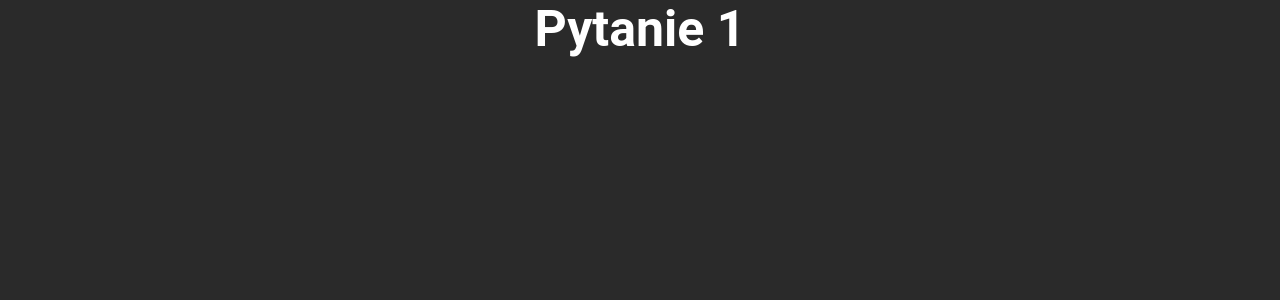
Repository: BaczkiewiczDawid/weatherApp
Page: index.html
These files come from the project's save history. The page is drawn as it stood at one moment and after the next save; the edit follows.
The browser window is 1280 px wide. The pictures show the whole page.

Above is the page before, as saved 2020-02-22 18:28:39.

### index.html
<!DOCTYPE html>
<head>
    <link rel="stylesheet" href="style.css">
    <link href="https://fonts.googleapis.com/css?family=Montserrat:300,400,500,700,900&display=swap" rel="stylesheet">
    <meta name="viewport" content="width=device-width, initial-scale=1.0">
    <meta charset="UTF-8">
</head>
<body>
    <h1>Pytanie 1</h1>
    <script src="app.js"></script>
</body>

### style.css
* {
    margin: 0;
    padding: 0;
    box-sizing: border-box;
}
body, html {
    background: #2a2a2a;
    font-family: 'Roboto', sans-serif;
}
h1 {
    color: white;
    font-size: 50px;
    display: flex;
    text-align: center;
    justify-content: center;
}

Loaded but not shown: app.js (no copy from this time; the picture is the same without it)

After the next save:
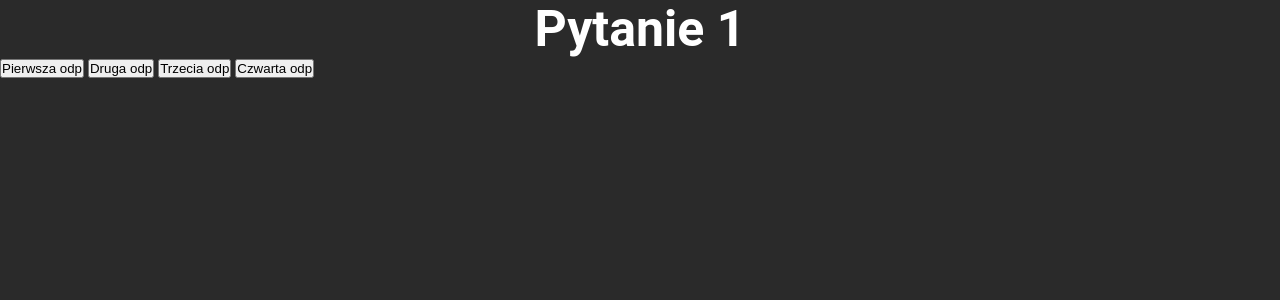
Saved 59 s later.
--- a/index.html
+++ b/index.html
@@ -7,5 +7,11 @@
 </head>
 <body>
     <h1>Pytanie 1</h1>
+    <div class="ask">
+        <button class="buttonFirst" type="button">Pierwsza odp</button>
+        <button class="buttonTwo" type="button">Druga odp</button>
+        <button class="buttonThree" type="button">Trzecia odp</button>
+        <button class="buttonFour" type="button">Czwarta odp</button>
+    </div>
     <script src="app.js"></script>
 </body>
